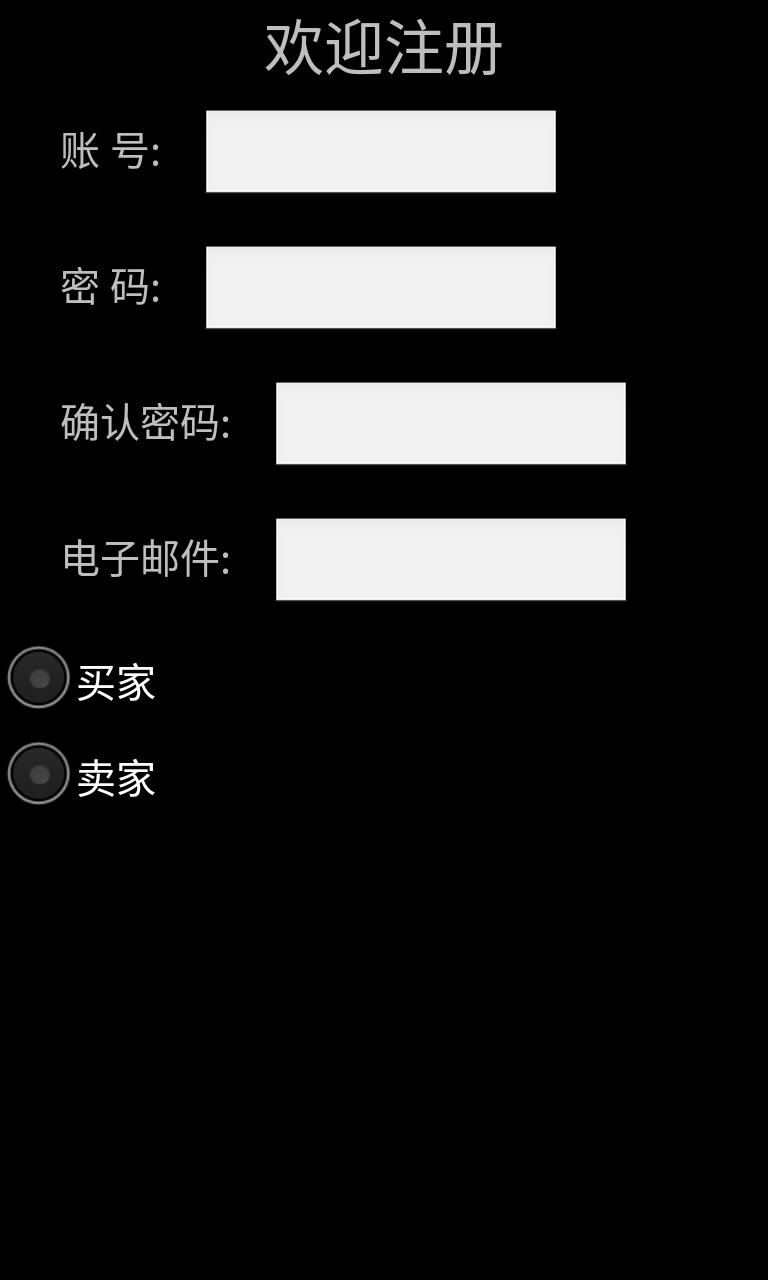
Repository: jcyfkimi/Android-TaoTao
Layout: TaoTao/res/layout/reg.xml
An editor plug-in stored every save of this project. The layout is shown before and after the next save, followed by the edit.
It is drawn on a 768 x 1280 px phone screen (xhdpi) without system bars, with theme android:Theme; the app's code is not run.

Above is the layout before, as saved 2011-09-13 07:24:14.

### TaoTao/res/layout/reg.xml
<?xml version="1.0" encoding="utf-8"?>
<LinearLayout
  xmlns:android="http://schemas.android.com/apk/res/android"
  android:orientation="vertical"
  android:layout_width="match_parent"
  android:layout_height="match_parent">
    <TextView android:layout_width="wrap_content"
    	android:layout_height="wrap_content"
    	android:layout_gravity="center_horizontal"
    	android:text="@string/regtitle"
    	android:textSize="30dip"/>

	<LinearLayout
		  xmlns:android="http://schemas.android.com/apk/res/android"
		  android:orientation="horizontal"
		  android:layout_width="wrap_content"
		  android:layout_height="wrap_content">
		  <TextView android:layout_width="wrap_content"
		  	android:layout_height="wrap_content"
		  	android:layout_marginLeft="30dip"
		  	android:layout_marginTop="10dip"
		  	android:text="@string/reguname"
		  	android:textSize="20dip"/>
		  <EditText android:id="@+id/regname"
		  	android:layout_width="180dip"
		  	android:layout_height="wrap_content"
		  	android:layout_marginLeft="20dip"
		  	android:layout_marginTop="10dip"/>
	  </LinearLayout>

	  <LinearLayout
		  xmlns:android="http://schemas.android.com/apk/res/android"
		  android:orientation="horizontal"
		  android:layout_width="wrap_content"
		  android:layout_height="wrap_content"
		  android:layout_marginTop="10dip">
		  <TextView android:layout_width="wrap_content"
		  	android:layout_height="wrap_content"
		  	android:layout_marginLeft="30dip"
		  	android:layout_marginTop="10dip"
		  	android:text="@string/regpass"
		  	android:textSize="20dip"/>
		  <EditText android:id="@+id/regpass"
		  	android:layout_width="180dip"
		  	android:layout_height="wrap_content"
		  	android:layout_marginLeft="20dip"
		  	android:layout_marginTop="10dip"/>
	  </LinearLayout>

	  <LinearLayout
		  xmlns:android="http://schemas.android.com/apk/res/android"
		  android:orientation="horizontal"
		  android:layout_width="wrap_content"
		  android:layout_height="wrap_content"
		  android:layout_marginTop="10dip">
		  <TextView android:layout_width="wrap_content"
		  	android:layout_height="wrap_content"
		  	android:layout_marginLeft="30dip"
		  	android:layout_marginTop="10dip"
		  	android:text="@string/regpasscfm"
		  	android:textSize="20dip"/>
		  <EditText android:id="@+id/regpasscfm"
		  	android:layout_width="180dip"
		  	android:layout_height="wrap_content"
		  	android:layout_marginLeft="20dip"
		  	android:layout_marginTop="10dip"/>
	  </LinearLayout>

	   <LinearLayout
		  xmlns:android="http://schemas.android.com/apk/res/android"
		  android:orientation="horizontal"
		  android:layout_width="wrap_content"
		  android:layout_height="wrap_content"
		  android:layout_marginTop="10dip">
		  <TextView android:layout_width="wrap_content"
		  	android:layout_height="wrap_content"
		  	android:layout_marginLeft="30dip"
		  	android:layout_marginTop="10dip"
		  	android:text="@string/regemail"
		  	android:textSize="20dip"/>
		  <EditText android:id="@+id/regemail"
		  	android:layout_width="180dip"
		  	android:layout_height="wrap_content"
		  	android:layout_marginLeft="20dip"
		  	android:layout_marginTop="10dip"/>
	  </LinearLayout>

	  <LinearLayout
		  xmlns:android="http://schemas.android.com/apk/res/android"
		  android:orientation="horizontal"
		  android:layout_width="wrap_content"
		  android:layout_height="wrap_content"
		  android:layout_marginTop="10dip">
		  <RadioGroup android:id="@+id/rdogtype"
		  	android:layout_width="fill_parent"
		  	android:layout_height="wrap_content"
		  	>
		  		<RadioButton android:id="@+id/utype"
		  			android:layout_width="wrap_content"
		  			android:layout_height="wrap_content"
		  			android:text="@string/rdobuyer"
		  			android:textSize="20dip"/>
		  		<RadioButton android:id="@+id/utype"
		  			android:layout_width="wrap_content"
		  			android:layout_height="wrap_content"
		  			android:text="@string/rdosailer"
		  			android:textSize="20dip"/>
		  	</RadioGroup>
	  </LinearLayout>
</LinearLayout>

### TaoTao/res/values/strings.xml
<?xml version="1.0" encoding="utf-8"?>
<resources>
    <string name="app_name">TaoTao</string>
    <string name="logintext">账号:</string>
    <string name="passtext">密码:</string>
    <string name="forgetpass">忘记密码?</string>
    <string name="btnlogin">登录</string>
    <string name="btnreg">注册</string>
    <string name="regtitle">欢迎注册</string>
    <string name="reguname">账        号:</string>
    <string name="regpass">密        码:</string>
    <string name="regpasscfm">确认密码:</string>
    <string name="regemail">电子邮件:</string>
    <string name="rdobuyer">买家</string>
    <string name="rdosailer">卖家</string>
    <string name="indexhead">淘淘购物</string>
</resources>

After the next save:
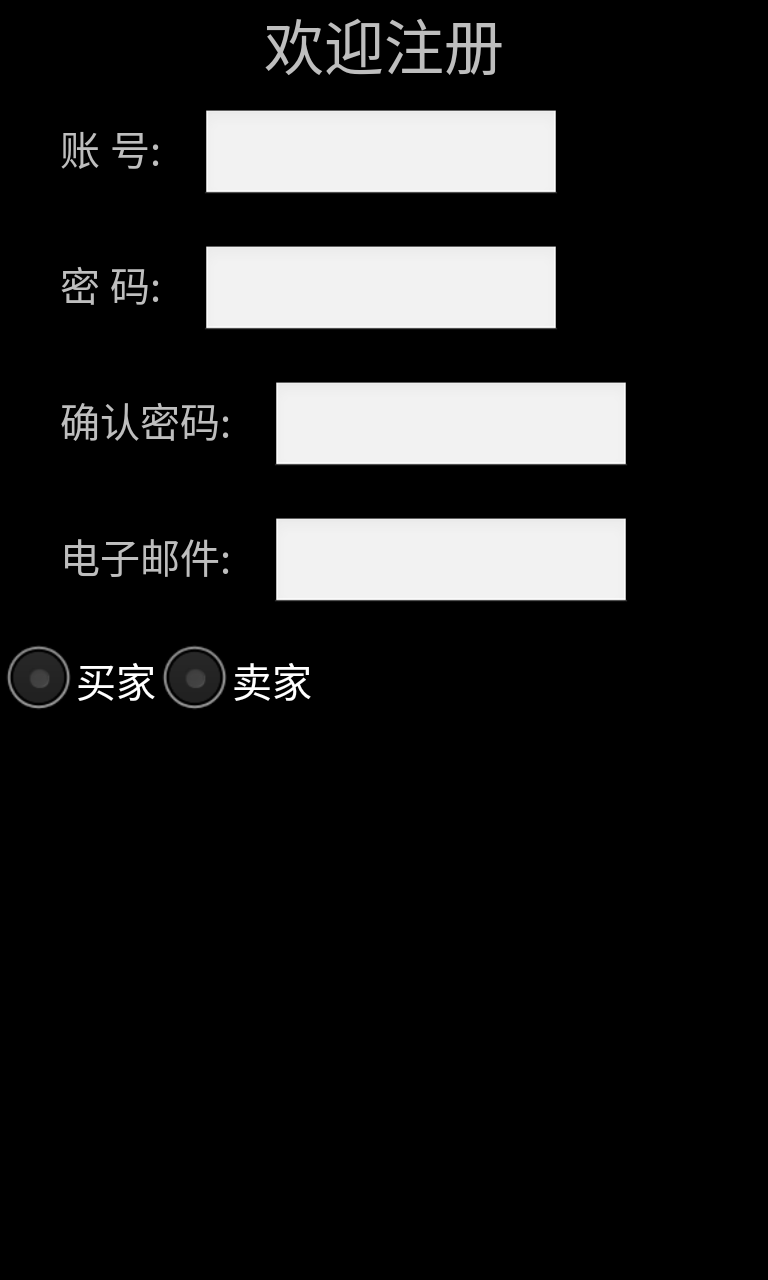
Saved 20 s later.
--- a/TaoTao/res/layout/reg.xml
+++ b/TaoTao/res/layout/reg.xml
@@ -94,6 +94,7 @@
 		  <RadioGroup android:id="@+id/rdogtype"
 		  	android:layout_width="fill_parent"
 		  	android:layout_height="wrap_content"
+		  	android:orientation="horizontal"
 		  	>
 		  		<RadioButton android:id="@+id/utype"
 		  			android:layout_width="wrap_content"
